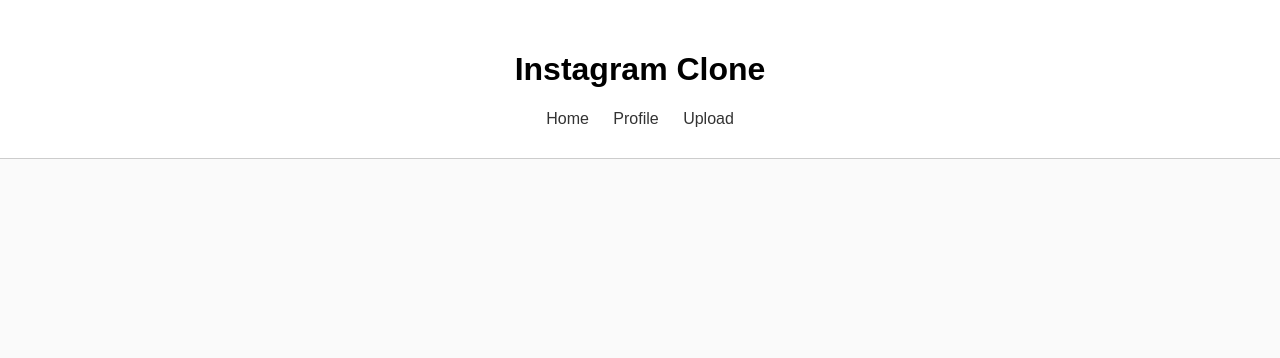
Repository: burhannaseer/CloudClips
Page: index.html
These files come from the project's save history. The page is drawn as it stood at one moment and after the next save; the edit follows.
The browser window is 1280 px wide. The pictures show the whole page.

Above is the page before, as saved 2025-05-06 02:21:48.

### index.html
<!DOCTYPE html>
<html lang="en">
<head>
  <meta charset="UTF-8">
  <meta name="viewport" content="width=device-width, initial-scale=1.0">
  <title>Instagram Clone - Home</title>
  <link rel="stylesheet" href="styles.css">
</head>
<body>
  <header>
    <div class="container">
      <h1>Instagram Clone</h1>
      <nav>
        <a href="index.html">Home</a>
        <a href="profile.html">Profile</a>
        <a href="upload.html">Upload</a>
      </nav>
    </div>
  </header>

  <main class="container">
    <div id="feed" class="feed"></div>
  </main>

### styles.css
body {
    font-family: Arial, sans-serif;
    background-color: #fafafa;
    margin: 0;
    padding: 0;
  }

  .container {
    width: 90%;
    max-width: 800px;
    margin: auto;
    padding: 20px;
  }

  header, footer {
    background-color: #fff;
    padding: 10px 0;
    border-bottom: 1px solid #ccc;
    text-align: center;
  }

  footer {
    border-top: 1px solid #ccc;
    margin-top: 40px;
  }

  nav a {
    margin: 0 10px;
    text-decoration: none;
    color: #333;
  }

  form {
    display: flex;
    flex-direction: column;
    align-items: center;
    margin-top: 20px;
  }

  input[type="file"], textarea, button {
    margin: 10px 0;
    padding: 10px;
    width: 100%;
    max-width: 400px;
    border: 1px solid #ccc;
    border-radius: 5px;
  }

  button {
    background-color: #0078d4;
    color: white;
    cursor: pointer;
    border: none;
  }

  button:hover {
    background-color: #005fa3;
  }

  .feed {
    display: flex;
    flex-wrap: wrap;
    justify-content: center;
  }

  .post {
    background: white;
    border: 1px solid #ccc;
    margin: 10px;
    padding: 10px;
    width: 300px;
    border-radius: 10px;
  }

  .post img {
    width: 100%;
    height: auto;
    border-radius: 8px;
  }
  input[type="text"] {
    margin: 10px 0;
    padding: 10px;
    width: 100%;
    max-width: 400px;
    border: 1px solid #ccc;
    border-radius: 5px;
  }

  .actions {
    display: flex;
    justify-content: space-around;
    margin-top: 10px;
    font-size: 1.2rem;
    cursor: pointer;
  }

  .actions span:hover {
    opacity: 0.7;
  }

### script.js
const form = document.getElementById('uploadForm');
if (form) {
  form.addEventListener('submit', function(e) {
    e.preventDefault();
    const title = document.getElementById('titleInput').value;
    const imageInput = document.getElementById('imageInput');
    const descriptionInput = document.getElementById('descriptionInput');
    const file = imageInput.files[0];
    const reader = new FileReader();
    reader.onload = function() {
      const post = {
        title,
        image: reader.result,
        description: descriptionInput.value,
        likes: 0
      };
      const posts = JSON.parse(localStorage.getItem('posts')) || [];
      posts.unshift(post);
      localStorage.setItem('posts', JSON.stringify(posts));
      alert('Post uploaded!');
    };
    if (file) {
      reader.readAsDataURL(file);
    }
  });
}

function renderPosts(containerId) {
  const container = document.getElementById(containerId);
  if (!container) return;
  const posts = JSON.parse(localStorage.getItem('posts')) || [];
  posts.forEach((post, index) => {
    const div = document.createElement('div');
    div.className = 'post';
    div.innerHTML = `
      <h3>${post.title || 'Untitled'}</h3>
      <img src="${post.image}" alt="">
      <p>${post.description}</p>
      <div class="actions">
        <span onclick="likePost(${index})">❤️ ${post.likes}</span>
        <span>🔗</span>
        <span>💾</span>
      </div>
    `;
    container.appendChild(div);
  });
}

function likePost(index) {
  const posts = JSON.parse(localStorage.getItem('posts')) || [];
  posts[index].likes++;
  localStorage.setItem('posts', JSON.stringify(posts));
  location.reload();
}

renderPosts('feed');
renderPosts('myPosts');

After the next save:
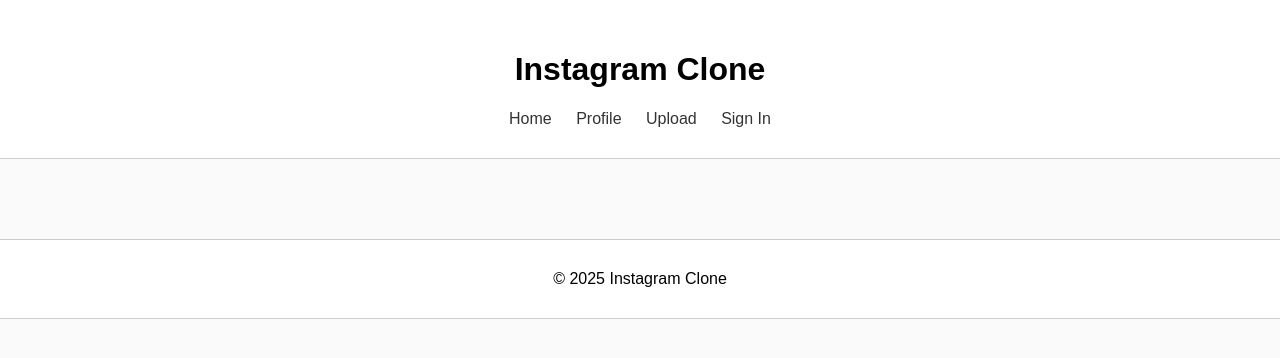
Saved 3 min 27 s later.
--- a/index.html
+++ b/index.html
@@ -14,6 +14,7 @@
         <a href="index.html">Home</a>
         <a href="profile.html">Profile</a>
         <a href="upload.html">Upload</a>
+        <a href="signin.html">Sign In</a>
       </nav>
     </div>
   </header>
@@ -21,3 +22,11 @@
   <main class="container">
     <div id="feed" class="feed"></div>
   </main>
+
+  <footer>
+    <div class="container">&copy; 2025 Instagram Clone</div>
+  </footer>
+
+  <script src="script.js"></script>
+</body>
+</html>
